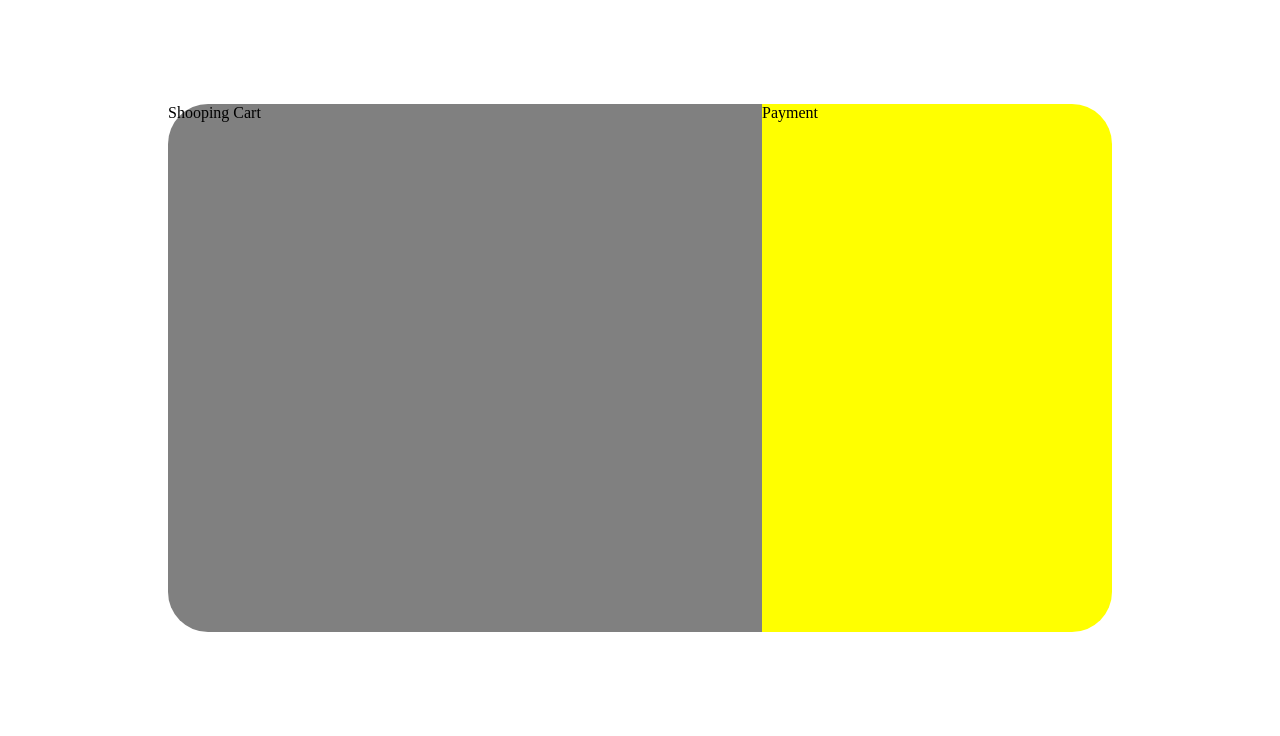
Repository: NDBaoFE/pizza-ordering-hiep
Page: /checkout
The author's editor kept a copy of each file at every save. The page is drawn from the files as they stood at one save, then again after a run of saves.
The browser window is 1280 px wide. The pictures show the whole page.
The project was rebuilt for these pictures with package versions that can differ from the ones it lists, and the page was loaded fresh each time.

Above is the page before, as saved 2022-08-27 21:53:40.

### public/index.html
<!DOCTYPE html>
<html lang="en">
  <head>
    <meta charset="utf-8" />
    <link rel="icon" href="%PUBLIC_URL%/avatar.png" />
    <meta name="viewport" content="width=device-width, initial-scale=1" />
    <meta name="theme-color" content="#000000" />
    <link rel="apple-touch-icon" href="%PUBLIC_URL%/avatar.png" />
    <title>Pizza Ordering</title>
  </head>
  <body>
    <noscript>You need to enable JavaScript to run this app.</noscript>
    <div id="root"></div>
  </body>
</html>

### src/App.js
import RouterComponent from './router'

function App() {
  return <>{RouterComponent}</>
}

export default App

### src/router/index.js
import { BrowserRouter, Routes, Route } from 'react-router-dom'
import Checkout from '../pages/Checkout'

const privateRoutes = [{ name: 'checkout', path: '/checkout', element: <Checkout /> }]

const RouterComponent = (
  <BrowserRouter>
    <Routes>
      {privateRoutes.map((route) => (
        <Route key={route.name} path={route.path} element={route.element} />
      ))}
    </Routes>
  </BrowserRouter>
)

export default RouterComponent

### src/pages/Checkout/index.jsx
import React from 'react'
import * as Styled from './Checkout.styled'

const Checkout = (props) => {
  return (
    <Styled.Background>
      <Styled.Cart>Shooping Cart</Styled.Cart>
      <Styled.Payment>Payment</Styled.Payment>
    </Styled.Background>
  )
}

Checkout.propTypes = {}

export default Checkout

### src/pages/Checkout/Checkout.styled.js
import styled from 'styled-components'

export const Background = styled.div`
  box-sizing: border-box;
  width: 100%;
  height: 100vh;
  padding: 6rem 10rem;
  display: flex;
  overflow-y: hidden;
`
export const Cart = styled.div`
  display: block;
  background-color: gray;
  flex: 1;
  border-top-left-radius: 40px;
  border-bottom-left-radius: 40px;
`
export const Payment = styled.div`
  min-width: 350px;
  background-color: yellow;
  border-top-right-radius: 40px;
  border-bottom-right-radius: 40px;
`

Loaded but not shown: src/index.js (common file)

After the next 3 saves:
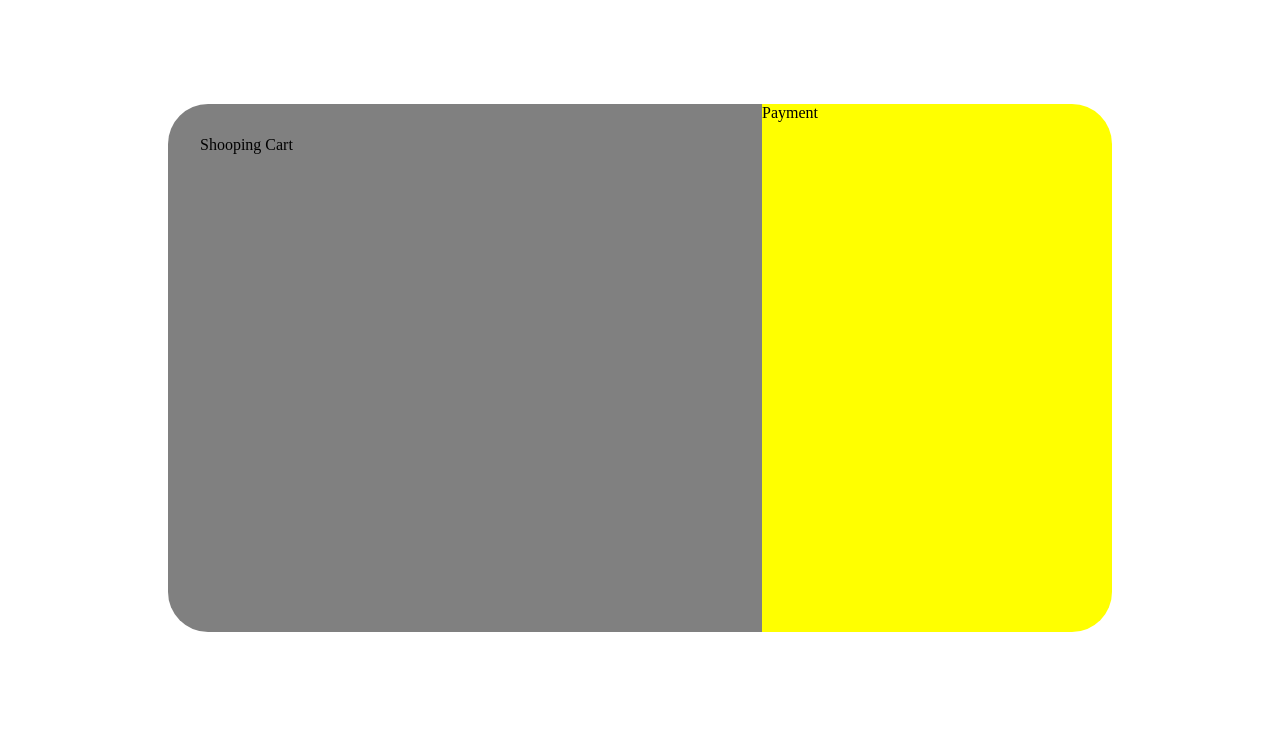
The 3 saves are shown as one change because they came seconds apart.
The last was saved 32 s later.
--- a/src/pages/Checkout/Checkout.styled.js
+++ b/src/pages/Checkout/Checkout.styled.js
@@ -9,6 +9,7 @@ export const Background = styled.div`
   overflow-y: hidden;
 `
 export const Cart = styled.div`
+  padding: 2rem;
   display: block;
   background-color: gray;
   flex: 1;
